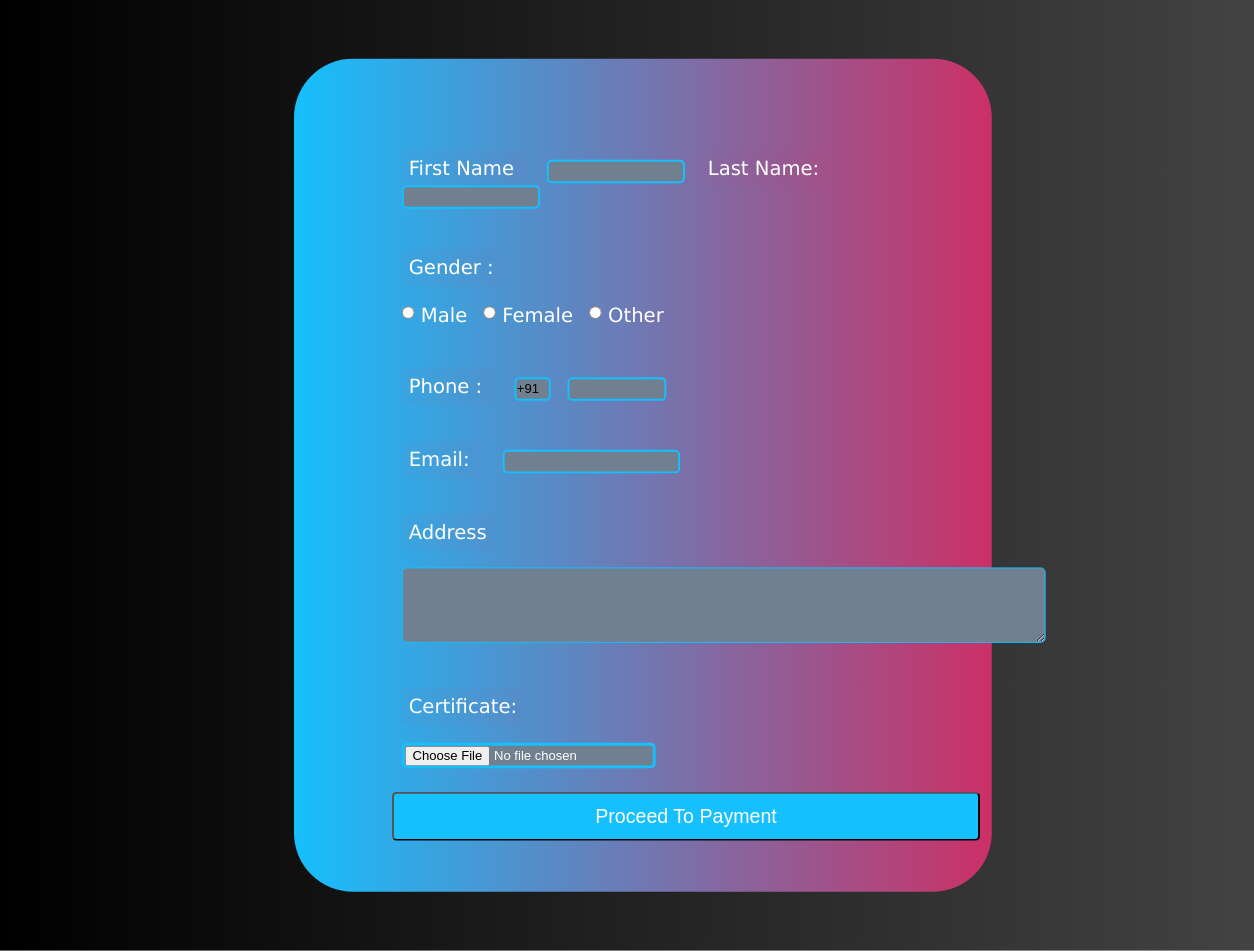
Repository: sarthakkathpalia/elliptical
Page: html/form.html
An editor plug-in stored every save of this project. The page is shown before and after the next save, followed by the edit.
The browser window is 1280 px wide. The pictures show the part of the page from y = 600 to 1570 px (the page is 1570 px tall), at 98% of full size.

Above is the page before, as saved 2021-10-30 18:27:41.

### html/form.html
<!DOCTYPE html>
<html lang="en">
<head>
    <meta charset="UTF-8">
    <meta http-equiv="X-UA-Compatible" content="IE=edge">
    <meta name="viewport" content="width=device-width, initial-scale=1.0">
    <title>form</title>
</head>
<style>
        *{
        padding: 0%;
        margin: 0%;
            }
        input{
            border-radius: 5px;
            margin-left: 10px;
            height: 20px;
            background-color: slategray;
            border-style: solid;
            border-color: #16BFFD;
        }
        textarea{
            border-radius: 5px;
            margin-left: 10px;

            background-color: slategray;
            border-style: solid;
            border-color: #16BFFD;
        }
        label{
            background-color: #cb30660a;
            padding: 7px;
            margin: 10px;
            border-radius: 2px;
        }
        .book{
            display:flex;
            align-items: center;
            background-image: linear-gradient(to right , #000000,#434343);

            /* background-image: linear-gradient(to right ,#16BFFD,#CB3066); */
        }
        .box{
            font-family:'Lucida Sans', 'Lucida Sans Regular', 'Lucida Grande', 'Lucida Sans Unicode', Geneva, Verdana, sans-serif;
            border-radius: 60px;
            font-size: 20px;
            color: white;
            /* background-image: linear-gradient(to right , #000000,#434343); */
            background-image: linear-gradient(to right ,#16BFFD,#CB3066);
            width: 40%;
            height: 650px;
            margin-top: 60px;
            margin-bottom: 60px;
            margin-left: 300px;
            padding: 100px;
        }
        button{
            background-color:#16BFFD ;
            width: 600px;
            height: 50px;
            border-radius: 5px;
        }
        a{
            color: white;
            font-size: 20px;
            text-decoration: none;
        }
        .head{
            background: url("gif1.gif");
            height: 600px;
            background-size: cover;
            background-position: center;

        }
        h2{
            color: white;
            font-size: 100px;
            text-align: center;
            padding-top: 150px;
        }

</style>
<body>
    <div class="head">
        <h2>Space  Waiting.</h2>

    </div>
    <form class="book">
      <div class="box">
        <label> First Name </label>
        <input type="text" name="firstname" size="15"/>
        <label> Last Name: </label>
        <input type="text" name="lastname" size="15"/> <br> <br> <br>

        <label>
        Gender :
        </label><br>  <br>
        <input type="radio" name="male"/> Male
        <input type="radio" name="female"/> Female
        <input type="radio" name="other"/> Other
        <br>
        <br>
          <br>
        <label>
        Phone :
        </label>
        <input type="text" name="country code"  value="+91" size="2"/>
        <input type="text" name="phone" size="10"/> <br> <br>  <br>
        <label>
            Email:
        </label>
        <input type="email" id="email" name="email"/> <br>
        <br><br>
        <label>
            Address
        </label>
        <br>
        <br>
        <textarea cols="80" rows="5" value="address">
        </textarea>
        <br> <br>  <br>

        <label>
            Certificate:
        </label>
        <br>
        <br>
        <input type="file" id="image-input" accept="image/*">
        <br>
        <br>

        <button><a href="index.html">Proceed To Payment</a></button>
    </div>
        </form>
</body>
</html>

After the next save:
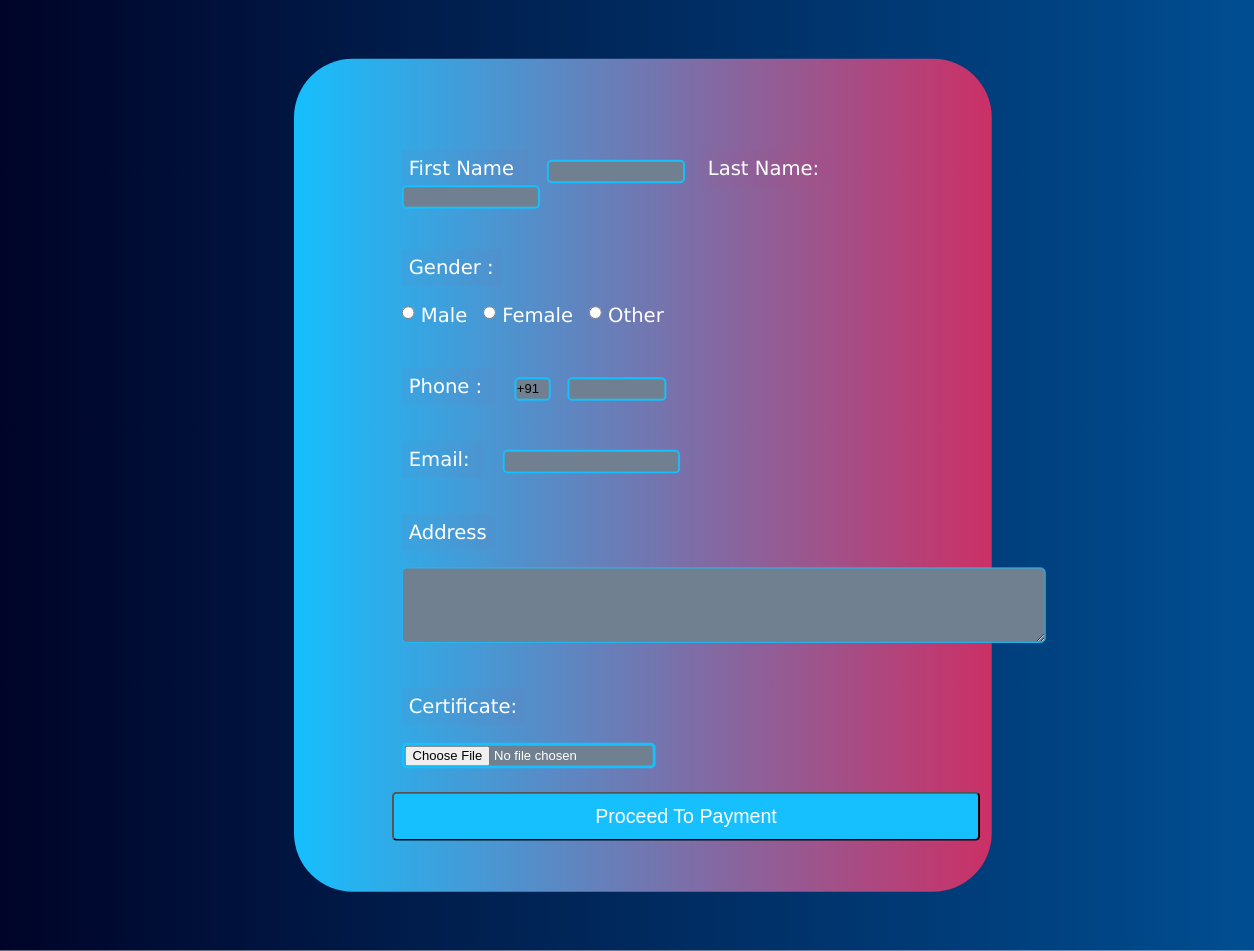
Saved 83 s later.
--- a/html/form.html
+++ b/html/form.html
@@ -36,7 +36,7 @@
         .book{
             display:flex;
             align-items: center;
-            background-image: linear-gradient(to right , #000000,#434343);
+            background-image: linear-gradient(to right , #000428,#004e92);
 
             /* background-image: linear-gradient(to right ,#16BFFD,#CB3066); */
         }
